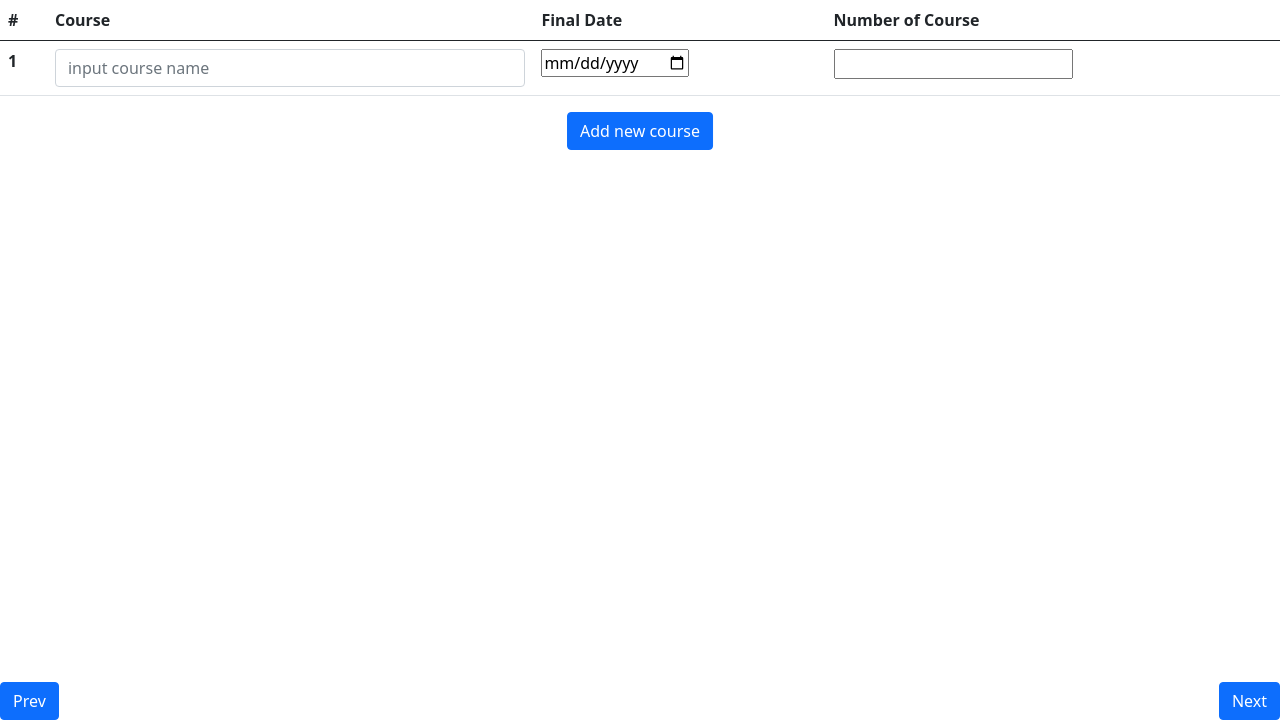
Repository: xich4932/fuxiguanli
Page: class_main.html
An editor plug-in stored every save of this project. The page is shown before and after the next save, followed by the edit.
The browser window is 1280 px wide. The pictures show the whole page.

Above is the page before, as saved 2021-06-21 21:55:55.

### class_main.html
<!doctype html>
<html lang="en">
  <head>
    <!-- Required meta tags -->
    <meta charset="utf-8">
    <meta name="viewport" content="width=device-width, initial-scale=1">

    <!-- Bootstrap CSS -->
    <link href="https://cdn.jsdelivr.net/npm/bootstrap@5.0.1/dist/css/bootstrap.min.css" rel="stylesheet" integrity="sha384-+0n0xVW2eSR5OomGNYDnhzAbDsOXxcvSN1TPprVMTNDbiYZCxYbOOl7+AMvyTG2x" crossorigin="anonymous">
    <script src="https://cdnjs.cloudflare.com/ajax/libs/jquery/3.6.0/jquery.min.js" integrity="sha512-894YE6QWD5I59HgZOGReFYm4dnWc1Qt5NtvYSaNcOP+u1T9qYdvdihz0PPSiiqn/+/3e7Jo4EaG7TubfWGUrMQ==" crossorigin="anonymous" referrerpolicy="no-referrer"></script>
    <script type="text/javascript" src="script.js" defer="true"></script>

    <link rel="stylesheet" href="style.css">
    <title>Hello, world!</title>
  </head>
  <body>

    <!-- Optional JavaScript; choose one of the two! -->

    <!-- Option 1: Bootstrap Bundle with Popper -->
    <script src="https://cdn.jsdelivr.net/npm/bootstrap@5.0.1/dist/js/bootstrap.bundle.min.js" integrity="sha384-gtEjrD/SeCtmISkJkNUaaKMoLD0//ElJ19smozuHV6z3Iehds+3Ulb9Bn9Plx0x4" crossorigin="anonymous"></script>

    <!-- Option 2: Separate Popper and Bootstrap JS -->
    <!--
    <script src="https://cdn.jsdelivr.net/npm/@popperjs/core@2.9.2/dist/umd/popper.min.js" integrity="sha384-IQsoLXl5PILFhosVNubq5LC7Qb9DXgDA9i+tQ8Zj3iwWAwPtgFTxbJ8NT4GN1R8p" crossorigin="anonymous"></script>
    <script src="https://cdn.jsdelivr.net/npm/bootstrap@5.0.1/dist/js/bootstrap.min.js" integrity="sha384-Atwg2Pkwv9vp0ygtn1JAojH0nYbwNJLPhwyoVbhoPwBhjQPR5VtM2+xf0Uwh9KtT" crossorigin="anonymous"></script>
    -->
    <div>
      <div id="course_table" >
        <table class="table" id = "add_course_table">
          <thead>
            <tr>
              <th scope="col">#</th>
              <th scope="col">Course</th>
              <th scope="col">Final Date</th>
              <th scope="col">Number of Course</th>
            </tr>
          </thead>
          <tbody id="course">

            <tr>
              <th scope="row">1</th>
              <td>
                <input class="form-control" type="text" placeholder="input course name" aria-label="default input example" id="course_0">
              </td>
              <td>
                <input type="date" id="final_0">
              </td>
              <td>
                <input type="number" id="num_0">
              </td>
            </tr>

          </tbody>
          </table>
    </div>
    </div>
    <!--
      <div ">
      <button type="button" class="btn btn-primary" id="addbtn" onclick="printing()">check</button>
    </div>
    -->
      <div>

        <div class="position-absolute bottom- start-50 translate-middle-x">
            <button type="button" class="btn btn-primary" id="addbtn" onclick="add_course()">Add new course</button>

        </div>
        <div>
          <div class="position-absolute bottom-0 end-0">
            <a class="btn btn-primary" href="download.html" role="button">Next</a>
          </div>
          <div class="position-absolute bottom-0 start-0">
            <a class="btn btn-primary" href="index_main.html" role="button">Prev</a>
          </div>


        </div>
    </div>
  </body>
</html>

### style.css

.vertical-center {
    margin: 0;
    position: absolute;
    top: 50%;
    -ms-transform: translateY(-50%);
    transform: translateY(-50%);
}
/*
.float{
	position:fixed;
	width:60px;
	height:60px;
	bottom:40px;
	right:40px;
	background-color:#0C9;
	color:#FFF;
	border-radius:50px;
	text-align:center;
	box-shadow: 2px 2px 3px #999;
}
*/
.table_style{
	background-color: whitesmoke;
	width: 80%;
	height: 100%;
	margin: auto;
	border-radius: 1pc;
	border-color: teal;
}

### script.js
function load_table(){
    var table = document.getElementById("table_body")
    //table.innerHTML;
    str = ''
    count = 0;
    window_time = ["6:00-8:00", "8:00-10:00", "10:00-12:00", "12:00-14:00", "14:00-16:00", "16:00-18:00", "18:00-20:00", "20:00-22:00", "22:00-24:00"]
    for(r = 0; r < 9; r++){
        str += '<th scope="row">'+window_time[r]+'</th>'
        for(i = 0; i < 7; i++){
            str += '<td><div class="form-check"><input class="form-check-input" type="checkbox" value="" id="check'+count+'"><label class="form-check-label" for="window'+count+'"></label></div></td>'
            count ++
        }
        str += '</tr>'
    }
    //var arr = [1,2,3,4]
    //test.apply(this ,arr)
    //console.log(arr.join())
    table.innerHTML += str
};

var week = []
function checking(){
    for(var f = 0; f < 7; f++){
        var temp_arr = []
        for( i = f; i <63; i+=7 ){
            if(document.getElementById('check' + String(i)).checked == true){
                console.log(i)
                temp_arr.push(i)
            }
        }
        week.push(temp_arr)
    }
    console.log(week)
}

var total = 1;

function add_course(){
    add = document.getElementById("course");
    str = '<tr><th scope="row">'+ (total+1)+'</th><td><input class="form-control" type="text" placeholder="input course name" aria-label="default input example" id="course_'+total+'"></td><td><input type="date" id="final_'+total+'"></td><td><input type="number" id="num_'+total+'"></td></tr>'
    total += 1
    $('#add_course_table tr:last').after(str);
}

function printing(){
    console.log(document.getElementById('final_date1').value)
    console.log(document.getElementById('num_course1').value)
    console.log(document.getElementById('course_1').value)

}

function calLastDay(month, year){
    if(month == 1 || month == 3 || month == 5 || month == 7 || month == 8 || month == 10 | month == 12 ){
        return 31;
    }else if(month == 4 || month == 6 || month == 9 || month == 11){
        return 30;
    }else{
        if(year % 4) return 28;
        if(!(year % 4) && year % 100) return 29;
        if(year % 100 && !(year % 400)) return 28
        else return 29
    }
}


var final_arr=[]; // final date
var course_arr = []; //course name
var num_arr = [] //number of topic of final for review
var time_start = []//start day of
var time_end = []//
var exclude_final = [] // exclude from review days
var exclude_str = "" //for RRULE
var icsFile = null;
var event_str = ""
var until = []
var window_start = ""
var window_end = ""
var window_str = ""

function create() {
    for(var i = 0; i < total; i++){
        final_arr.push(document.getElementById("final_"+String(i)).value)
        num_arr.push(document.getElementById("num_"+String(i)).value)
        course_arr.push(document.getElementById("course_"+String(i)).value)
    }
   //console.log(final_arr.join())
   //console.log(course_arr.join())
   //console.log(num_arr.join())
    total *= 2;
    for(var i = 0; i < total; i+=2){
        var day_before = final_arr[i].substring(0, 8)
        var day = final_arr[i].substring(8,10) - 1
        if(parseInt(final_arr[i].substring(8,10)) == 1){
            var temp_day_before = day_before
            var day_before = final_arr[i].substring(5,7) - 1
            day = calLastDay(parseInt(final_arr[i].substring(5,7))-1 ,parseInt(final_arr[i].substring(0,4)))
            if(day_before < 10){
                day_before = temp_day_before.substring(0, 5) + '0' + String(day_before) + '-'
            }
        }else{
            if(day < 10){
                day = '0' + String(day)
            }else{
                day = final_arr[i].substring(8,10) - 1
            }
        }
        final_arr.splice(i, 0, day_before + day)
        //console.log(final_arr.join())
    }
    //total /= 2
    console.log(final_arr.join())
    //total *= 2
    final_rearrange()
    ret_window()
    review_windows()
    automator()
   createEvent()
   //makeIcsFile()
   var ready = document.getElementById("downbtn")
   ready.href = makeIcsFile()
   document.getElementById("downbtn").style.display = "block"
}
/*
function exdate_working(){
    var temp_size = total / 2
    for(var t =0; t < total; t+=2){
        var str = ""
        str = String(final_arr[t].substring(0,4)) + String(final_arr[t].substring(5,7)) + String(final_arr[t].substring(8)) + 'T' + "000000"
        time_start.push(str)
        console.log("im in func")
    }
}
 */
/*
function time_to_start(){
   // console.log(final_arr.join())
    for(var t =0; t < total; t+=2){
        var str = ""
        str = String(final_arr[t].substring(0,4)) + String(final_arr[t].substring(5,7)) + String(final_arr[t].substring(8)) + 'T' + "000000"
        time_start.push(str)
        console.log("im in func")
    }
    //console.log(time_start.join())
}

function time_to_end(){
    //console.log(final_arr.join())
    for(var t =1; t <= total; t+=2){
        var str = ""
        str = String(final_arr[t].substring(0,4)) + String(final_arr[t].substring(5,7)) + String(final_arr[t].substring(8)) + 'T' + "235959"
        time_end.push(str)
        console.log("im in fund")
    }
}
 */

/*

 */
function final_rearrange(){
    for(var t =0; t < total ; t++){
        var temp_str = String(final_arr[t].substring(0,4)) + String(final_arr[t].substring(5,7)) + String(final_arr[t].substring(8)) + 'T' + "000000"
        if(t % 2){
            final_arr.push(temp_str)
        }
        exclude_str += temp_str
        exclude_str +=    ','
    }
    //console.log(str)
    //console.log(final_formatted.join())
}
/*
 *  store the time of windows
 *
 */
function ret_window(num){
    if(num / 7 == 0){
        window_start = "060000"
        window_end = "080000"
    }else if(num / 7 == 1){
        window_start = "080000"
        window_end = "100000"
    }else if(num / 7 == 2){
        window_start = "100000"
        window_end = "120000"
    }else if(num / 7 == 3){
        window_start = "120000"
        window_end = "140000"
    }else if(num / 7 == 4){
        window_start = "140000"
        window_end = "160000"
    }else if(num / 7 == 5){
        window_start = "160000"
        window_end = "180000"
    }else if(num / 7 == 6){
        window_start = "180000"
        window_end = "200000"
    }else if(num / 7 == 7){
        window_start = "200000"
        window_end = "220000"
    }else if(num / 7 == 8){
        window_start = "220000"
        window_end = "240000"
    }
}

function review_windows(){
    var today = new Date()
    for(var d = 0; d < total; d++){
        //window_str =
        time_start.push(String(today.getFullYear()) + String(today.getMonth()+1) + String(today.getDate()) + "T" + window_start)
        time_end.push(String(today.getFullYear()) + String(today.getMonth()+1) + String(today.getDate()) + "T" + window_end)
    }
}

/*
the final day and the days before final is reserved
*/
//var week = []
function calNextDay(month, year, day){
    if(month == 1 || month == 3 || month == 5 || month == 7 || month == 8 || month == 10 | month == 12 ){
        if(day + 1 > 31) return 1;
      //  else return day + 1;
    }else if(month == 4 || month == 6 || month == 9 || month == 11){
        if(day + 1 > 30) return 1;
     //   else return day + 1;
    }else{
        if(year % 4){
            if(day + 1 > 28) return 1;
          //  else return day + 1;
        } //return 28;
        if(!(year % 4) && year % 100){
            if(day + 1 > 29) return 1;
          //  else return day + 1;
        } //return 29; //leap month
        if(year % 100 && !(year % 400)){
            if(day + 1 > 28) return 1;
          //  else return day + 1;
        } //return 28
        else{
            if(day + 1 > 29) return 1;
          //  else return day + 1;
        } //return 29 //leap month
    }
    return day + 1
}



function automator(){
    var today = new Date()
    var sizer = total / 2;
    var temp_event
    console.log(today.getFullYear(), today.getMonth() +1, today.getDate())
    //document.getElementById("")
    time_start = String(today.getFullYear()) + String(today.getMonth()+1) + String(today.getDate()) + 'T000000'
    var weekday = translate_week((today.getDay() + 1) % 7 )
    for(var g = 0; g < sizer; g++){
        event_str += createEvent(course_arr[g], time_start[g], time_end[g] ,  until[g], translate_week(today.getDay()%7) )
    }
}


//return day in code
function translate_week(temp_week){
    switch (temp_week){
        case 0:
            return "SU"
            break;
        case 1:
            return "MO"
            break;
        case 2:
            return "TU"
            break;
        case 3:
            return "WE"
            break;
        case 0:
            return "TH"
            break;
        case 1:
            return "FR"
            break;
        case 2:
            return "SA"
            break;
        default:
            return "MO"
            break;
    }

}


//writing ICS rule

function createEvent(event_name, start_time, end_time, get_until, r_week) {
    for(var i = 0; i < time_start.length; i++){
       event_str += "BEGIN:VEVENT\n" +
       "UID:" +
       Math.random().toString(36).substring(2) +
       "\n" +
       "TZID:Asia/Shanghai\n" +
       "DTSTART;VALUE=DATE:" +
       //time_start[i] +
       "\n" +
       "DTEND;VALUE=DATE:" +
      // time_end[i] +
       "\n" +
       "SUMMARY:" +
      // course_arr[i] +
       "\n" +
       "DESCRIPTION:" +
       "review for "+ course_arr[i] +
       "\n" +
       "BEGIN:VALARM\n" +
       "TRIGGER:-PT10M\n" +
       "ACTION:DISPLAY" +
       "RRULE: FREQ=WEEKLY; WKST=SUN; BYDAY= " + r_week + "EXDATE="+ exclude_str +
       "\n" +
       "END:VEVENT\n";
    }
    return event_str
}

function makeIcsFile(date, summary, description) {
    //event_str =
    //console.log("eventstr: ", event_str)
    var test =
      "BEGIN:VCALENDAR\n" +
      "CALSCALE:GREGORIAN\n" +
      "METHOD:PUBLISH\n" +
      "PRODID:-//Test Cal//EN\n" +
      "VERSION:2.0\n";
      console.log(event_str)
      test += event_str;

      test += "END:VCALENDAR";
    ///console.log(test)
    var data = new File([test], { type: "text/plain" });

    // If we are replacing a previously generated file we need to
    // manually revoke the object URL to avoid memory leaks.
    if (icsFile !== null) {
      window.URL.revokeObjectURL(icsFile);
    }

    icsFile = window.URL.createObjectURL(data);

    return icsFile;
}

After the next save:
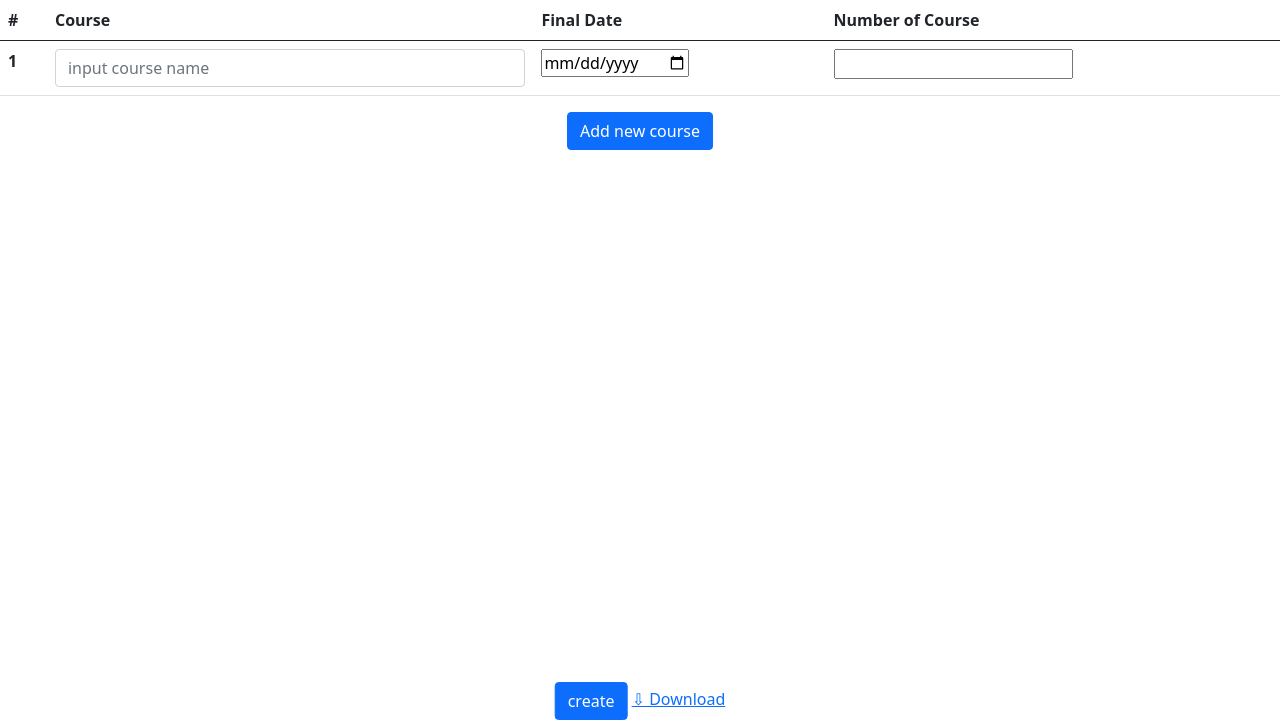
Saved 14 s later.
--- a/class_main.html
+++ b/class_main.html
@@ -66,6 +66,7 @@
             <button type="button" class="btn btn-primary" id="addbtn" onclick="add_course()">Add new course</button>
 
         </div>
+        <!--
         <div>
           <div class="position-absolute bottom-0 end-0">
             <a class="btn btn-primary" href="download.html" role="button">Next</a>
@@ -74,8 +75,16 @@
             <a class="btn btn-primary" href="index_main.html" role="button">Prev</a>
           </div>
 
+        </div>
+        -->
+        <div class="position-absolute bottom-0 start-50 translate-middle-x">
 
-        </div>
+          <button type="button" class="btn btn-primary" id="crtbtn" onclick="create()">create</button>
+
+          <a class="download hide" id="downloadLink" download="event.ics">⇩ Download</a>
+
+          <a class="btn btn-primary" style="display: none;" href="#" role="button" id="downbtn" download="event.ics" >download</a>
+         </div>
     </div>
   </body>
 </html>
